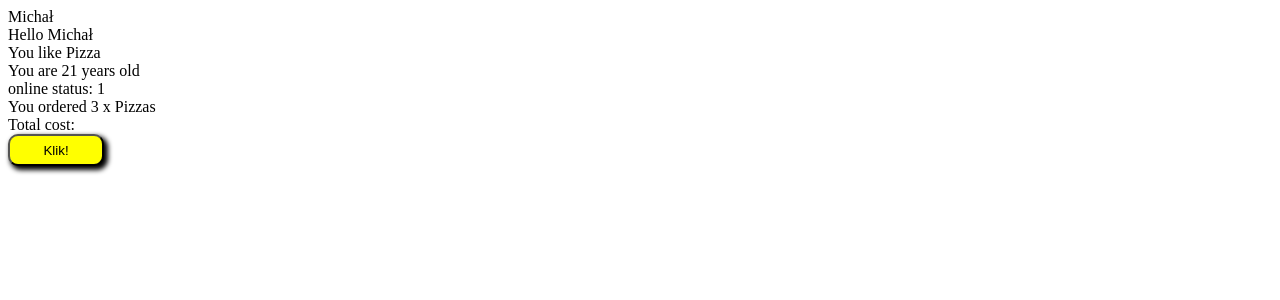
Repository: Nowacki97PL/PHPyt
Page: http://localhost/
An editor plug-in stored every save of this project. The page is shown before and after a run of saves, followed by the edit.
The browser window is 1280 px wide. The pictures show the whole page.
The page is run by PHP 8.4 with error messages shown; the project is at /var/www/html/.

Above is the page before, as saved 2024-10-06 21:30:21.

After the next 3 saves:
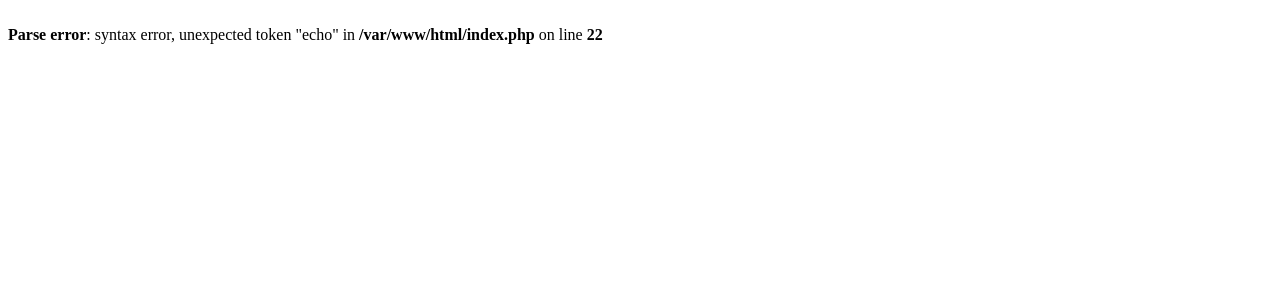
The 3 saves are shown as one change because they came seconds apart.
The last was saved 11 s later.
--- a/index.php
+++ b/index.php
@@ -16,6 +16,8 @@
 echo "<br>online status: $online <br>";
 
 echo "You ordered 3 x {$food}s";
+
+$total =
 
 echo "<br>Total cost:{$total}"
 ?>

After the save that followed:
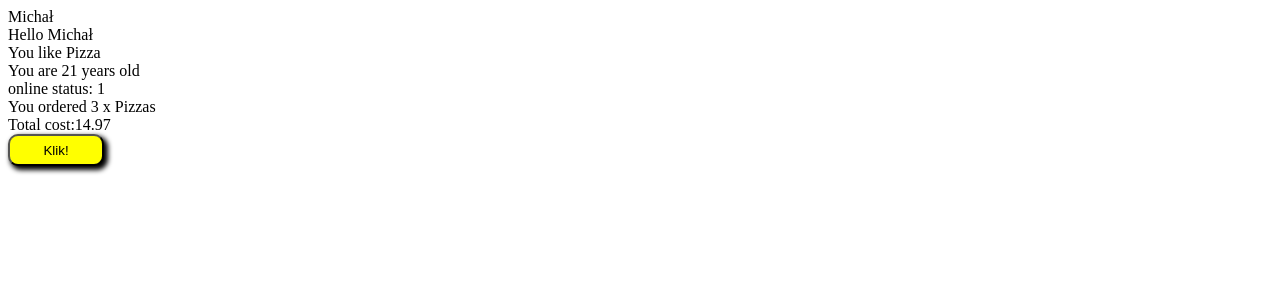
Saved 8 s later.
--- a/index.php
+++ b/index.php
@@ -17,7 +17,7 @@
 
 echo "You ordered 3 x {$food}s";
 
-$total =
+$total = $quantity * $price;
 
 echo "<br>Total cost:{$total}"
 ?>
